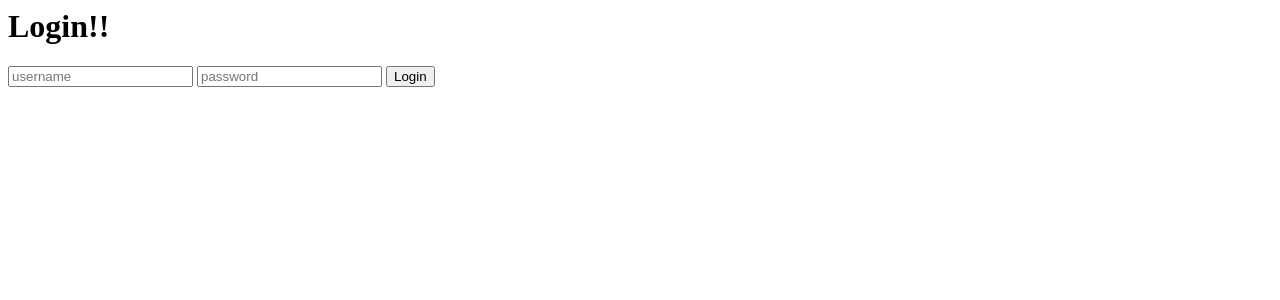
Repository: sanjansawant/Web-Developer-Bootcamp
Page: http://localhost/login
The author's editor kept a record of every edit. The page is drawn from the files as they stood at one moment, then again after the next edit.
The browser window is 1280 px wide. The pictures show the whole page.
The page is served by the project's Node server (Authentication/AuthDemo/app.js). Other server files are loaded and not shown.

Above is the page before.

### Authentication/AuthDemo/views/login.ejs
<h1>Login!!</h1>

<form action="/login" method="POST">
    <input type="text" name="username" placeholder="username">
    <input type="password" name="password" placeholder="password">
    <button>Login</button>

    </form>

### Authentication/AuthDemo/app.js
var express                   =   require("express"),
mongoose                      =   require("mongoose"),
passport                      =   require("passport"),
bodyParser                    =   require("body-parser"),
User                          =   require("./models/user"),
LocalStrategy                 =   require("passport-local"),
passportLocalMongoose         =   require("passport-local-mongoose");


mongoose.connect("mongodb://localhost/auth_demo_app");
var app=express();
app.set("view engine","ejs");
app.use(bodyParser.urlencoded({extended:true}));

app.use(require("express-session")({
    //to encode and decode the sessions
    secret: "Rusty is the best",
    resave: false,
    saveUninitialized: false


    }));





//Anytime we use passport
app.use(passport.initialize());
app.use(passport.session());


passport.use(new LocalStrategy(User.authenticate()));// from user.js file

passport.serializeUser(User.serializeUser());
passport.deserializeUser(User.deserializeUser());//Used for reading the session taking the data from the session thats encoded and unencoding it
//we get this method from user.js passportlocalmongoose

//=======================
// ROUTES
//=======================

app.get("/", function(req,res){

   res.render("home");

});


app.get("/secret", function(req,res){


   res.render("secret");
});


// Auth Routes

//show sign up form
app.get("/register", function(req,res){


   res.render("register");
});


app.post("/register",function(req,res){


   User.register(new User({username: req.body.username}), req.body.password, function(err, user){

    //hashed password
     if(err){
        console.log(err);
        return res.render('register');
     }
     //loggedin
     passport.authenticate("local")(req, res, function(){

        res.redirect("/secret");


     });


   });


});


//LOGIN ROUTES
//render login form
app.get("/login", function(req,res){

    res.render("login");
});

//login logic

app.post("/login", passport.authenticate("local",{   //middleware==>code that runs before our final route callback

    successRedirect: "/secret",
    failureRedirect: "/login"

}), function(req,res){



});



app.get("/logout",function(req,res){
    //passport is destroying all the users data in the session its no longer keeping track of this users data in the session from request to request
   req.logout();
   res.redirect("/");
});


function isLoggedIn(req, res, next){

    if(req.isAuthenticated()){

        return next();
    }

    res.redirect("/login");
}


app.listen(process.env.PORT, process.env.ID, function(){

   console.log("server started");

});

After the next edit:
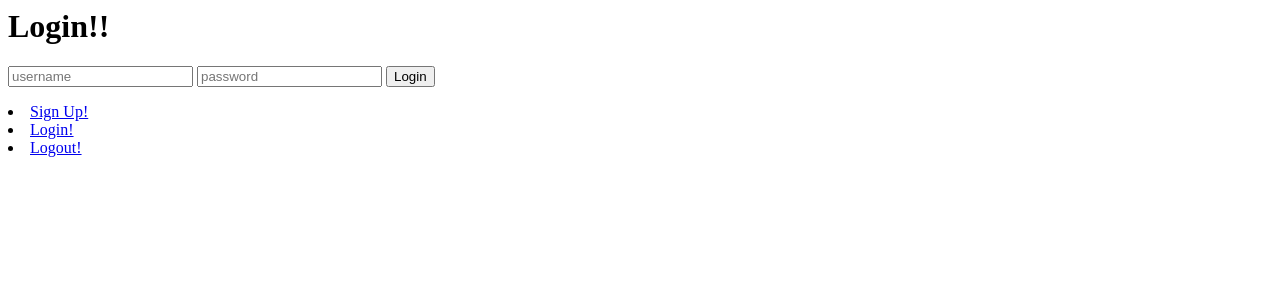
The edit:
--- a/Authentication/AuthDemo/views/login.ejs
+++ b/Authentication/AuthDemo/views/login.ejs
@@ -6,3 +6,8 @@
     <button>Login</button>
 
     </form>
+
+
+    <li><a href="/register">Sign Up!</li>
+<li><a href="/login">Login!</li>
+<li><a href="/logout">Logout!</li>
